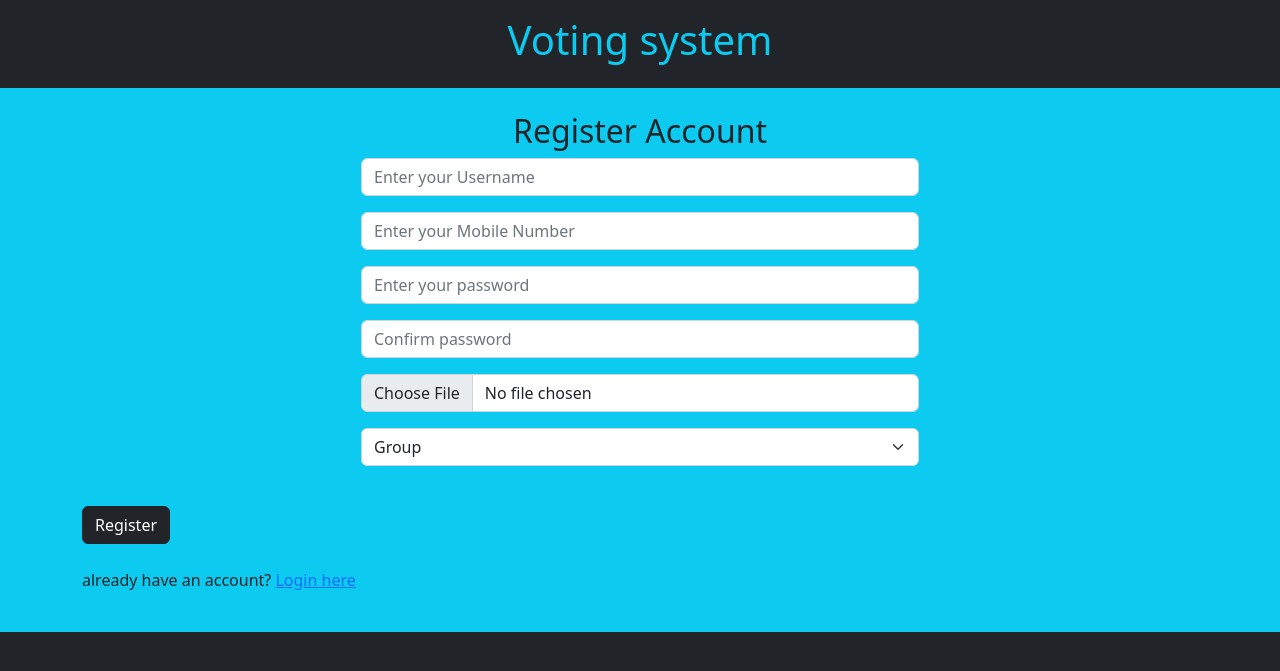
Repository: AvinashLikesToLearnNewStuff/VotingSite
Page: http://localhost/partials/registration.php
The author's editor kept a copy of each file at every save. The page is drawn from the files as they stood at one save, then again after the next save.
The browser window is 1280 px wide. The pictures show the whole page.
The page is run by PHP 8.4 with error messages shown; the project is at /var/www/html/.

Above is the page before, as saved 2023-03-09 10:37:07.

After the next save:
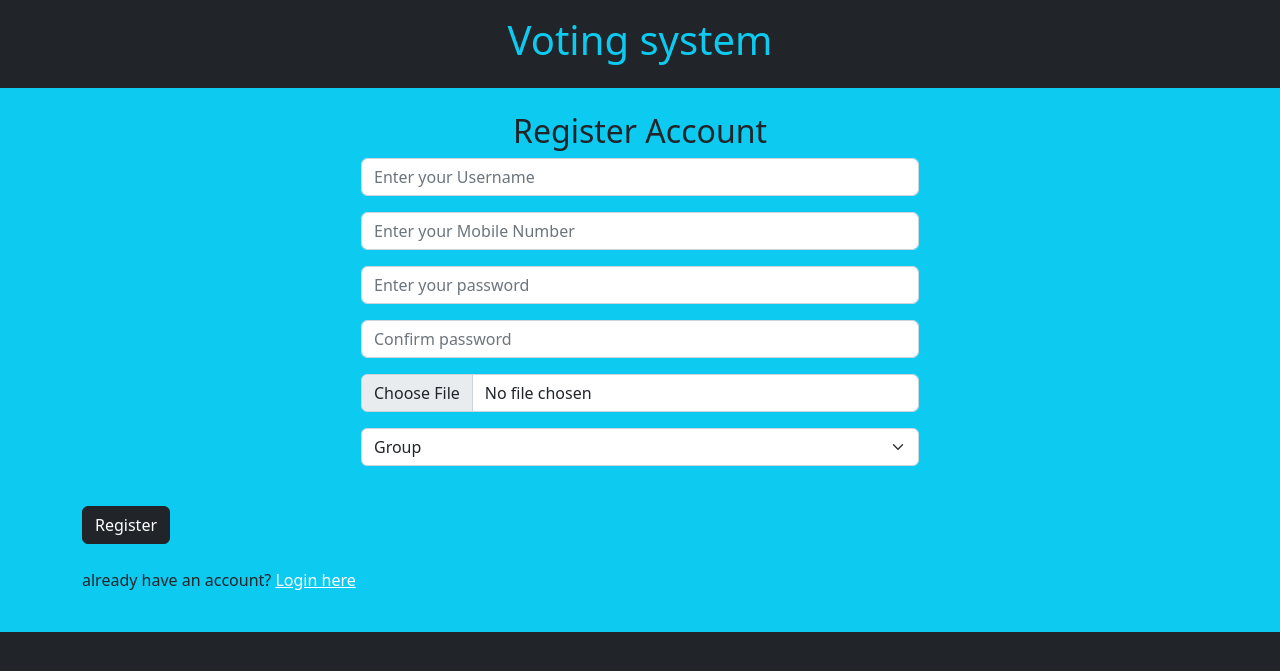
Saved 37 s later.
--- a/partials/registration.php
+++ b/partials/registration.php
@@ -41,7 +41,7 @@
                     </select>
                 </div>
                 <button type="submit" class="btn btn-dark my-4">Register</button>
-                <p>already have an account?  <a href="../">Login here</a></p>
+                <p>already have an account?  <a href="../" class = "text-white">Login here</a></p>
             </form>
         </div>
 
